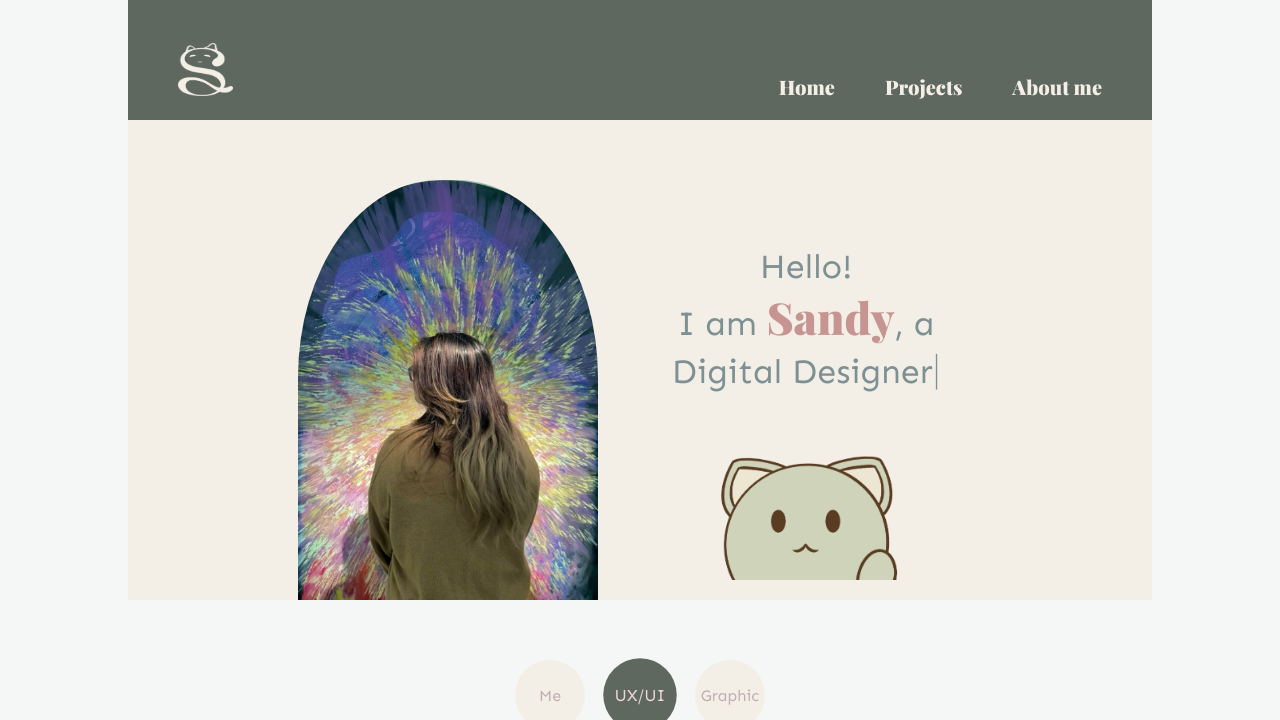
Repository: SandyLy453/portfolio
Page: /
The author's editor kept a copy of each file at every save. The page is drawn from the files as they stood at one save, then again after the next save.
The browser window is 1280 px wide. The pictures show the whole page.
An inner scrolling area shows only its first screen. The project was rebuilt for these pictures with package versions that can differ from the ones it lists, and the page was loaded fresh each time. The framework's server and built-in components were replaced by stand-ins that run in the browser. Also part of the build but not shown: next.config.mjs, modules/Footer/Footer.module.css, modules/Footer/Footer.js, modules/ProjectCard/ProjectCard.module.css, modules/ProjectCard/Projectcard.js.

Above is the page before, as saved 2025-02-17 18:06:51.

After the next save:
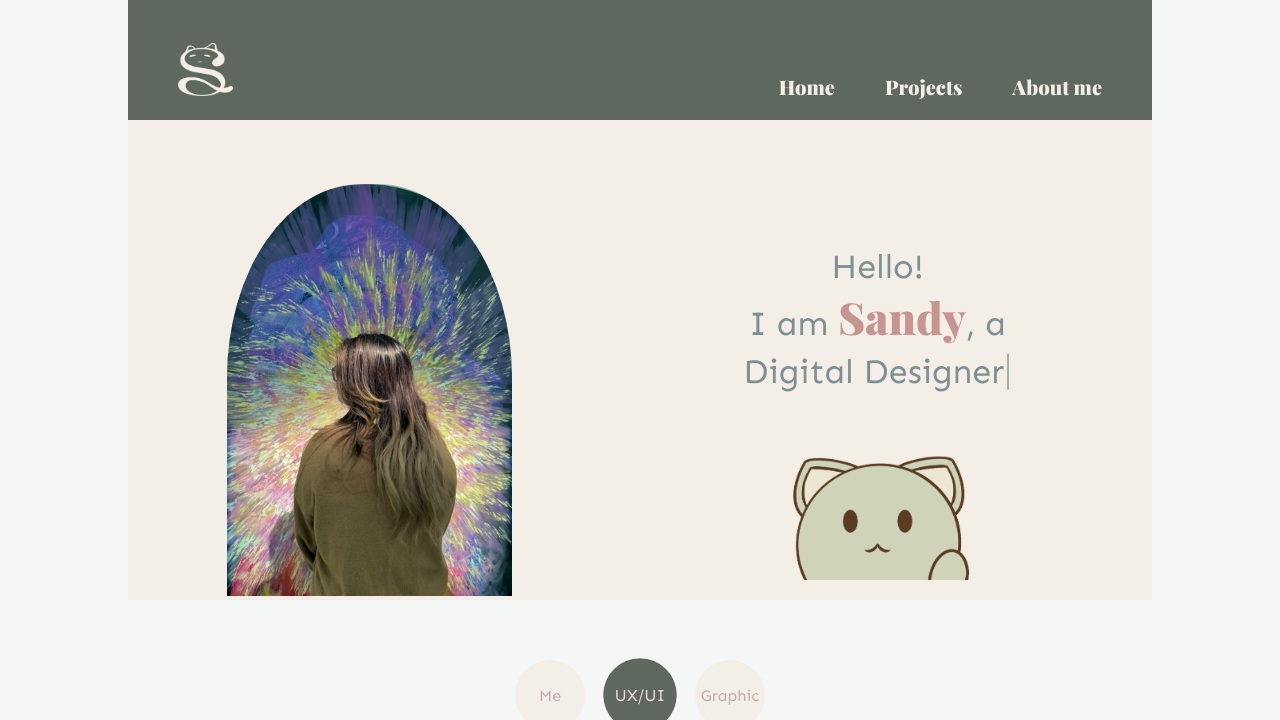
Saved 48 s later.
--- a/styles/Home.module.css
+++ b/styles/Home.module.css
@@ -202,6 +202,11 @@
     margin-top: 50px;
   }
 
+  .coverPhoto {
+    width: 60%;
+    height: auto;
+  }
+
   .gif {
     bottom: -3.7rem;
   }
